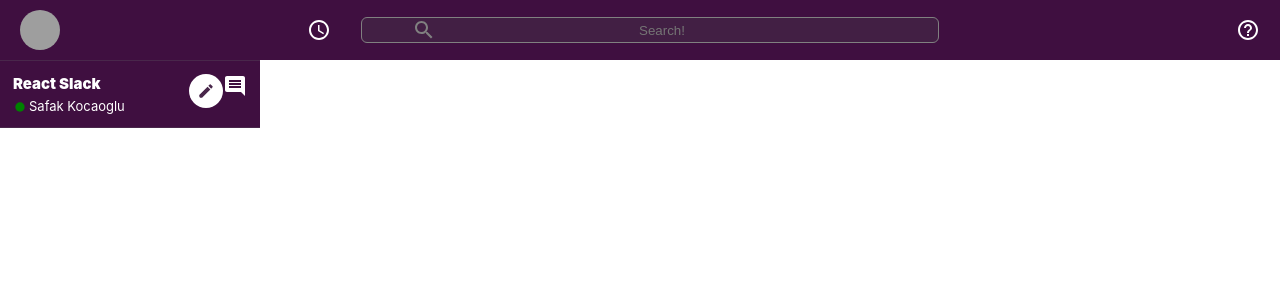
Repository: mminhaz93/React-Slack-Clone
Page: /
The author's editor kept a copy of each file at every save. The page is drawn from the files as they stood at one save, then again after a run of saves.
The browser window is 1280 px wide. The pictures show the whole page.
Pictures or frames that could not be fetched are drawn as grey boxes. The project was rebuilt for these pictures with package versions that can differ from the ones it lists, and the page was loaded fresh each time. Also part of the build but not shown: src/components/SidebarOption.css.

Above is the page before, as saved 2020-08-13 21:17:22.

### src/index.css
* {
  margin: 0;
}

body {
  margin: 0;
  font-family: -apple-system, BlinkMacSystemFont, 'Segoe UI', 'Roboto', 'Oxygen',
    'Ubuntu', 'Cantarell', 'Fira Sans', 'Droid Sans', 'Helvetica Neue',
    sans-serif;
  -webkit-font-smoothing: antialiased;
  -moz-osx-font-smoothing: grayscale;
}

code {
  font-family: source-code-pro, Menlo, Monaco, Consolas, 'Courier New',
    monospace;
}

### src/App.js
import React from 'react';
import './App.css';
import Header from "./components/Header"
import Sidebar from "./components/Sidebar"

function App() {
  return (
    <div className="App">
      <Header />
      <div className="appBody">
        <Sidebar />
      </div>
    </div>
  );
}

export default App;

### src/components/Header.js
import React from "react";
import "./Header.css";
import { Avatar } from "@material-ui/core";
import { AccessTime, Search, HelpOutline } from "@material-ui/icons";

const Header = () => {
  return (
    <div className="header">
      <div className="headerLeft">
        <Avatar className="headerAvatar" alt="Safak" src="safak" />
        <AccessTime />
      </div>
      <div className="headerSearch">
        <Search />
        <input placeholder="Search!" />
      </div>
      <div className="headerRight">
        <HelpOutline />
      </div>
    </div>
  );
};

export default Header;

### src/components/Sidebar.js
import React from "react";
import "./Sidebar.css";
import { FiberManualRecord, Create, InsertComment } from "@material-ui/icons";
import SidebarOption from "./SidebarOption";

const Sidebar = () => {
  return (
    <div className="sidebar">
      <div className="sidebarHeader">
        <div className="sidebarInfo">
          <h2>React Slack</h2>
          <h3>
            <FiberManualRecord />
            Safak Kocaoglu
          </h3>
        </div>
        <Create />
        <SidebarOption Icon={InsertComment} title="Threads" />
        <SidebarOption />
        <SidebarOption />
        <SidebarOption />
        <SidebarOption />
        <SidebarOption />
        <SidebarOption />
      </div>
    </div>
  );
};

export default Sidebar;

### src/components/Header.css
.header {
  display: flex;
  align-items: center;
  justify-content: space-between;
  padding: 10px 0;
  background-color: var(--slack-color);
  color: white;
}

.headerLeft {
  flex: 0.3;
  display: flex;
  align-items: center;
  margin-left: 20px;
}

.headerLeft > .MuiSvgIcon-root {
  margin-left: auto;
  margin-right: 30px;
}

.headerSearch {
  flex: 0.4;
  background-color: #421f44;
  text-align: center;
  display: flex;
  padding: 0 50px;
  color: gray;
  border: 1px solid gray;
  border-radius: 6px;
}

.headerSearch > input {
  background-color: transparent;
  border: none;
  text-align: center;
  min-width: 35vw;
}

.headerRight {
  flex: 0.3;
  display: flex;
  align-items: flex-end;
}

.headerRight > .MuiSvgIcon-root {
    margin-left: auto;
    margin-right: 20px;
  }

### src/components/Sidebar.css
.sidebar {
  background-color: var(--slack-color);
  border-top: 1px solid #49274b;
  max-width: 260px;
  color: white;
}

.sidebarHeader {
  display: flex;
  border-bottom: 1px solid #49274b;
  padding-bottom: 10px;
  padding: 13px;
}

.sidebarInfo {
  flex: 1;
}

.sidebarInfo > h2 {
  font-size: 15px;
  font-weight: 900;
  margin-bottom: 5px;
}

.sidebarInfo > h3 {
  display: flex;
  align-items: center;
  font-size: 13px;
  font-weight: 400;
}

.sidebarInfo > h3 > .MuiSvgIcon-root {
  font-size: 14px;
  margin-top: 1px;
  margin-right: 2px;
  color: green;
}

.sidebarHeader > .MuiSvgIcon-root {
  padding: 8px;
  color: #49274b;
  font-size: 18px;
  background-color: white;
  border-radius: 999px;
}

### src/components/SidebarOption.js
import React from "react";
import "./SidebarOption.css";

const SidebarOption = ({Icon,title}) => {
  return <div className="sidebarOption">
      {Icon && <Icon className="sidebarOptionIcon"/>}
  </div>;
};

export default SidebarOption;

Loaded but not shown: public/index.html (common file); src/index.js (common file); src/serviceWorker.js (common file); src/App.css (common file)

After the next 2 saves:
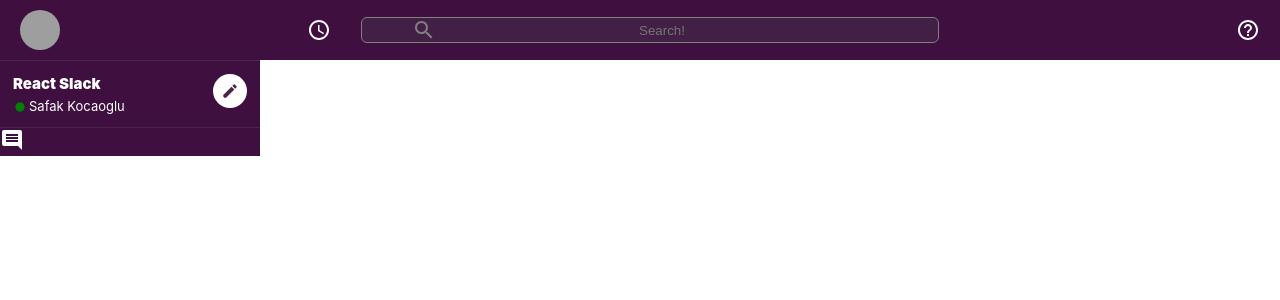
The 2 saves are shown as one change because they came seconds apart.
The last was saved 29 s later.
--- a/src/components/Sidebar.js
+++ b/src/components/Sidebar.js
@@ -15,14 +15,8 @@
           </h3>
         </div>
         <Create />
-        <SidebarOption Icon={InsertComment} title="Threads" />
-        <SidebarOption />
-        <SidebarOption />
-        <SidebarOption />
-        <SidebarOption />
-        <SidebarOption />
-        <SidebarOption />
       </div>
+      <SidebarOption Icon={InsertComment} title="Threads" />
     </div>
   );
 };
